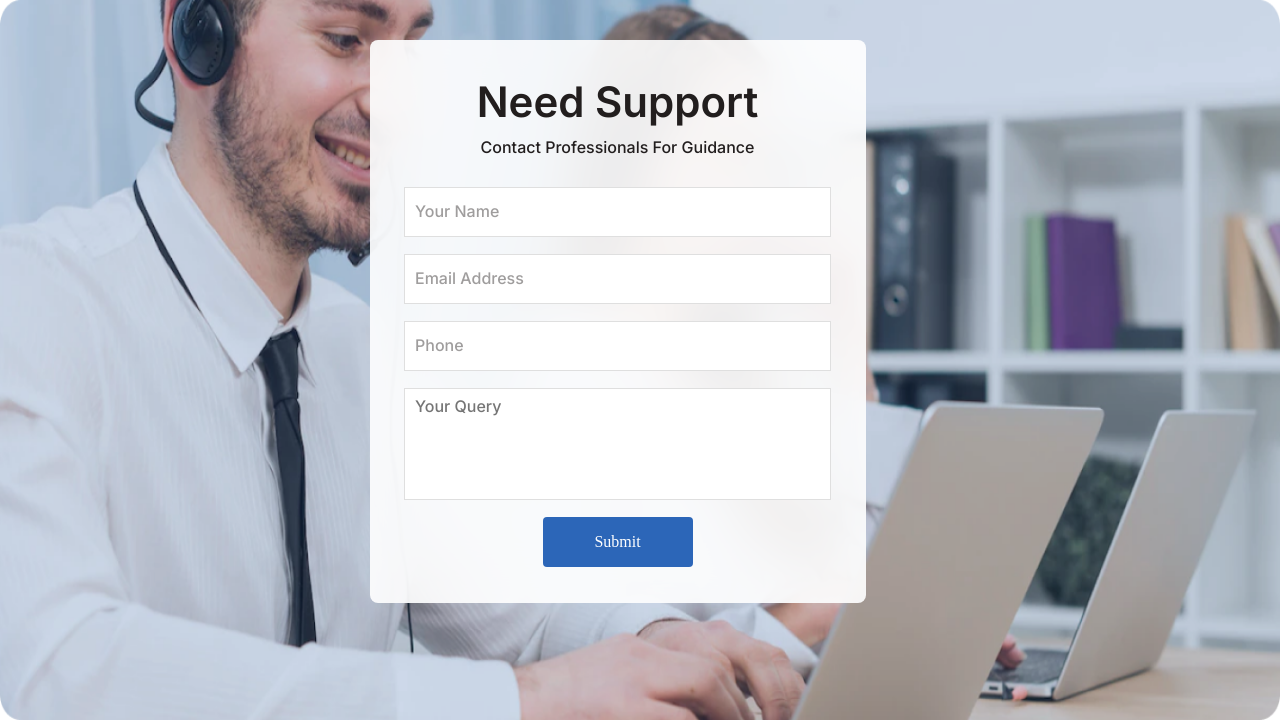
Repository: FaridRustamov09/Final-Task
Page: Pages/supportPage/index.html
An editor plug-in stored every save of this project. The page is shown before and after a run of saves, followed by the edit.
The browser window is 1280 px wide. The pictures show the whole page.
The style sheet was rebuilt from its Sass, Less or Tailwind sources for each picture, by a compiler version that may differ from the author's.

Above is the page before, as saved 2024-07-14 20:45:48.

After the next 2 saves:
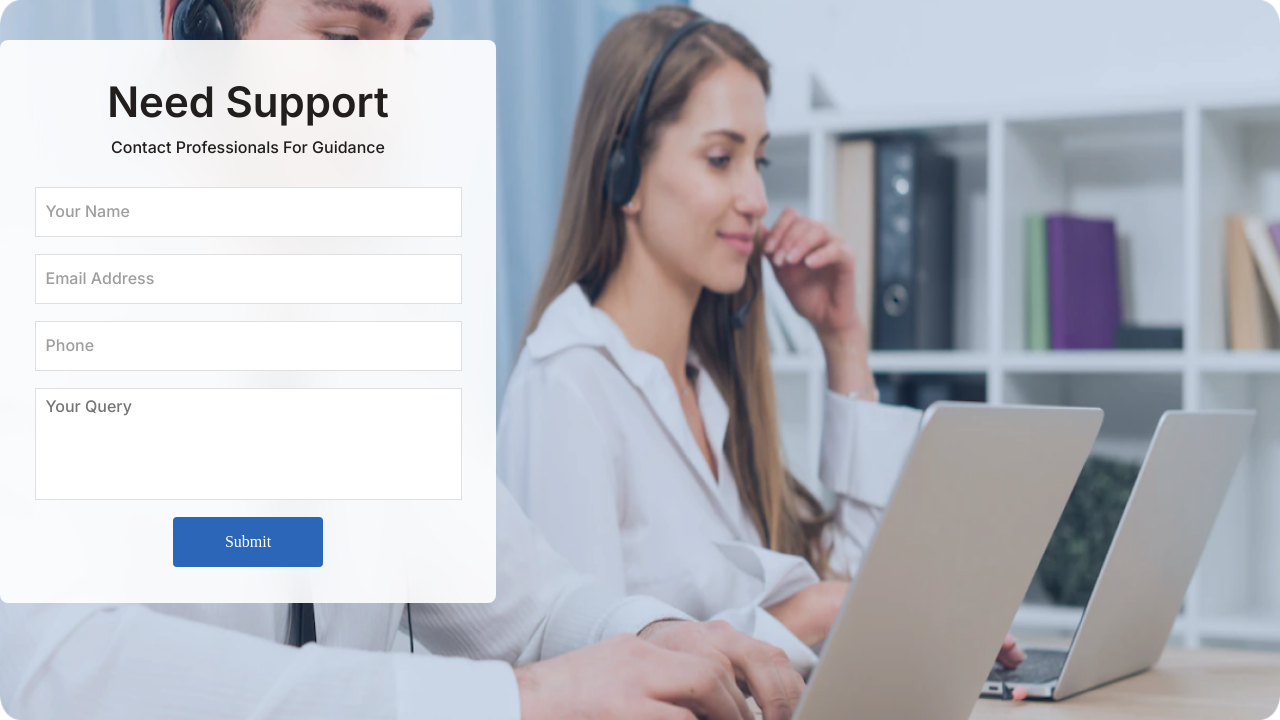
The 2 saves are shown as one change because they came seconds apart.
The last was saved 30 s later.
--- a/Pages/supportPage/index.scss
+++ b/Pages/supportPage/index.scss
@@ -17,8 +17,6 @@
     padding-top: 40px;
     display: flex;
     flex-direction: column;
-    align-items: center;
-    justify-content: center;
     form {
       width: 496px;
       height: 563px;
